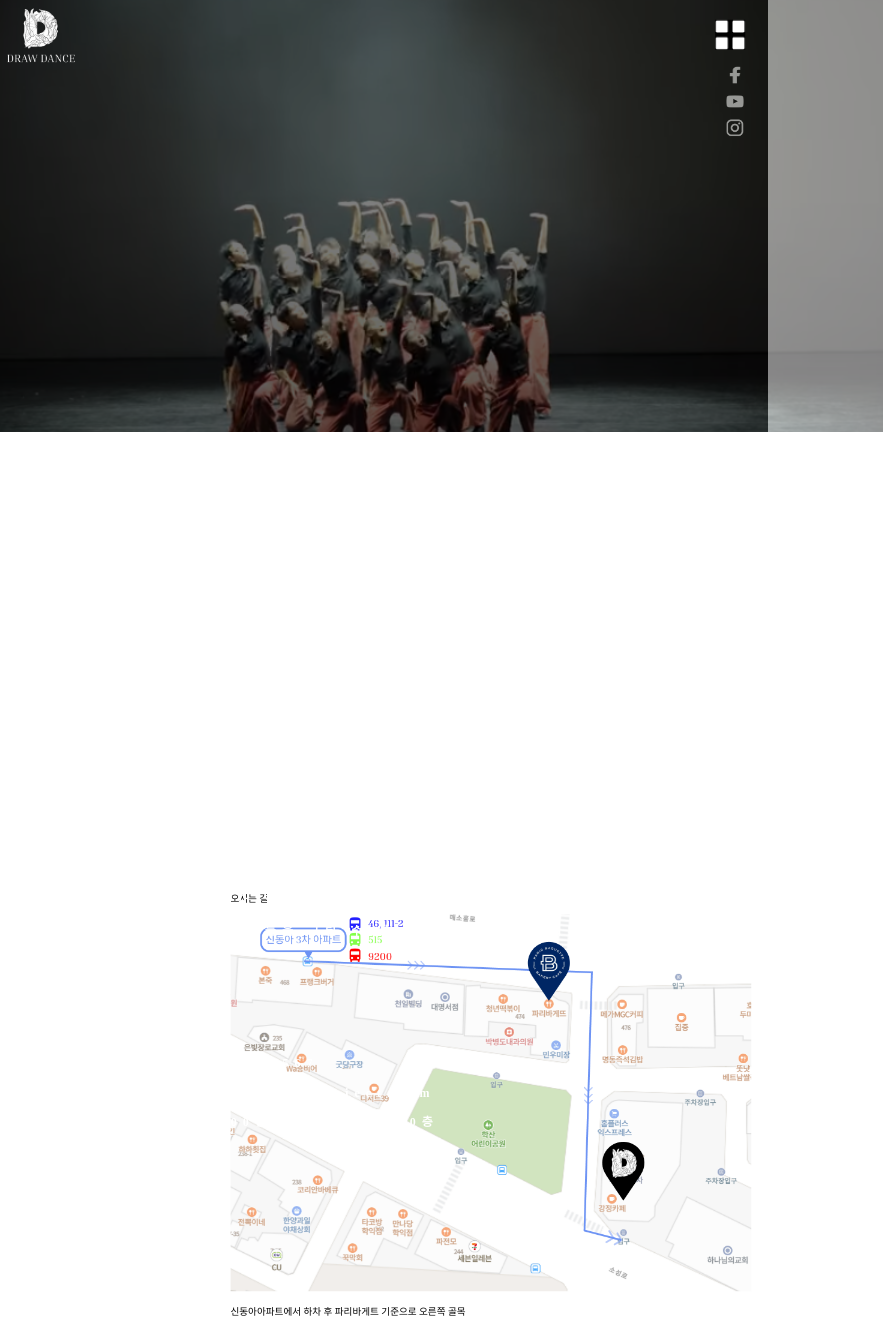
Repository: seonghun9906/semiProject
Page: http://localhost/drawAcademy/WEB-INF/views/headerMenu/about.jsp
An editor plug-in stored every save of this project. The page is shown before and after the next save, followed by the edit.
The browser window is 1280 px wide. The page is 1472 px wide, so the pictures cover 1472 px, including what lies to the right of the window. The pictures show the whole page, at 60% of full size.
The page is served by Tomcat 9. Nobody is signed in. The template is opened directly, without the code that normally fills it, so the values that code supplies are empty.

Above is the page before, as saved 2024-02-28 06:29:48.

After the next save:
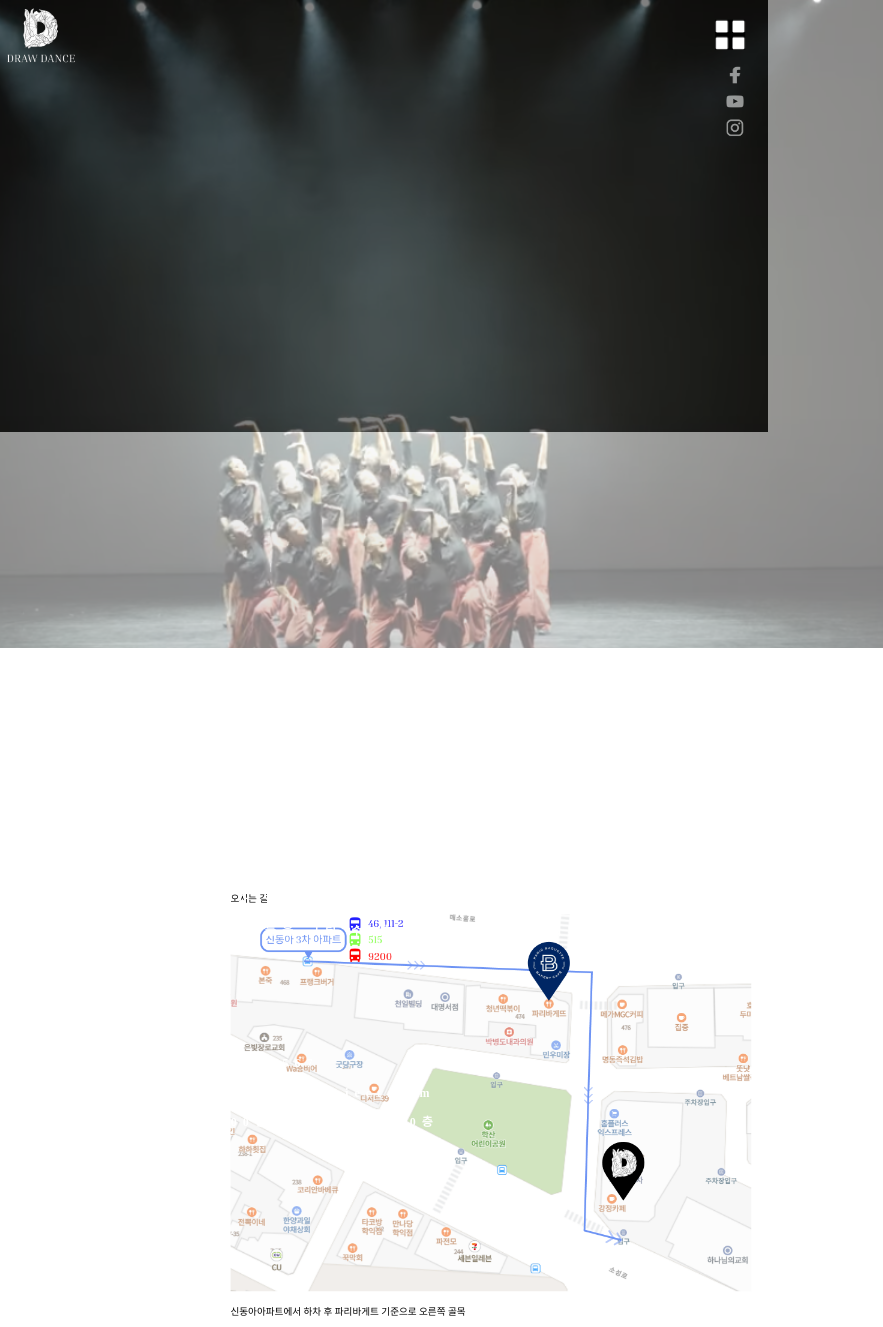
Saved 34 s later.
--- a/drawAcademy/src/main/webapp/resources/css/about.css
+++ b/drawAcademy/src/main/webapp/resources/css/about.css
@@ -9,14 +9,12 @@
 }
 
 .demitasse {
-    position:  relative;
-    top: -50%;
-    left: 0;
+  position: relative; /* fixed 대신 relative 사용 */
     width: 115%;
     height: 150%;
-    z-index: 9999;
     object-fit: cover;
-    opacity: 0.5; /* 0부터 1까지의 값으로 투명도를 지정합니다. 0은 완전 투명, 1은 완전 불투명입니다. */
+    opacity: 0.5;
+    z-index: 9999;/* 0부터 1까지의 값으로 투명도를 지정합니다. 0은 완전 투명, 1은 완전 불투명입니다. */
 }
 
 

After the save that followed:
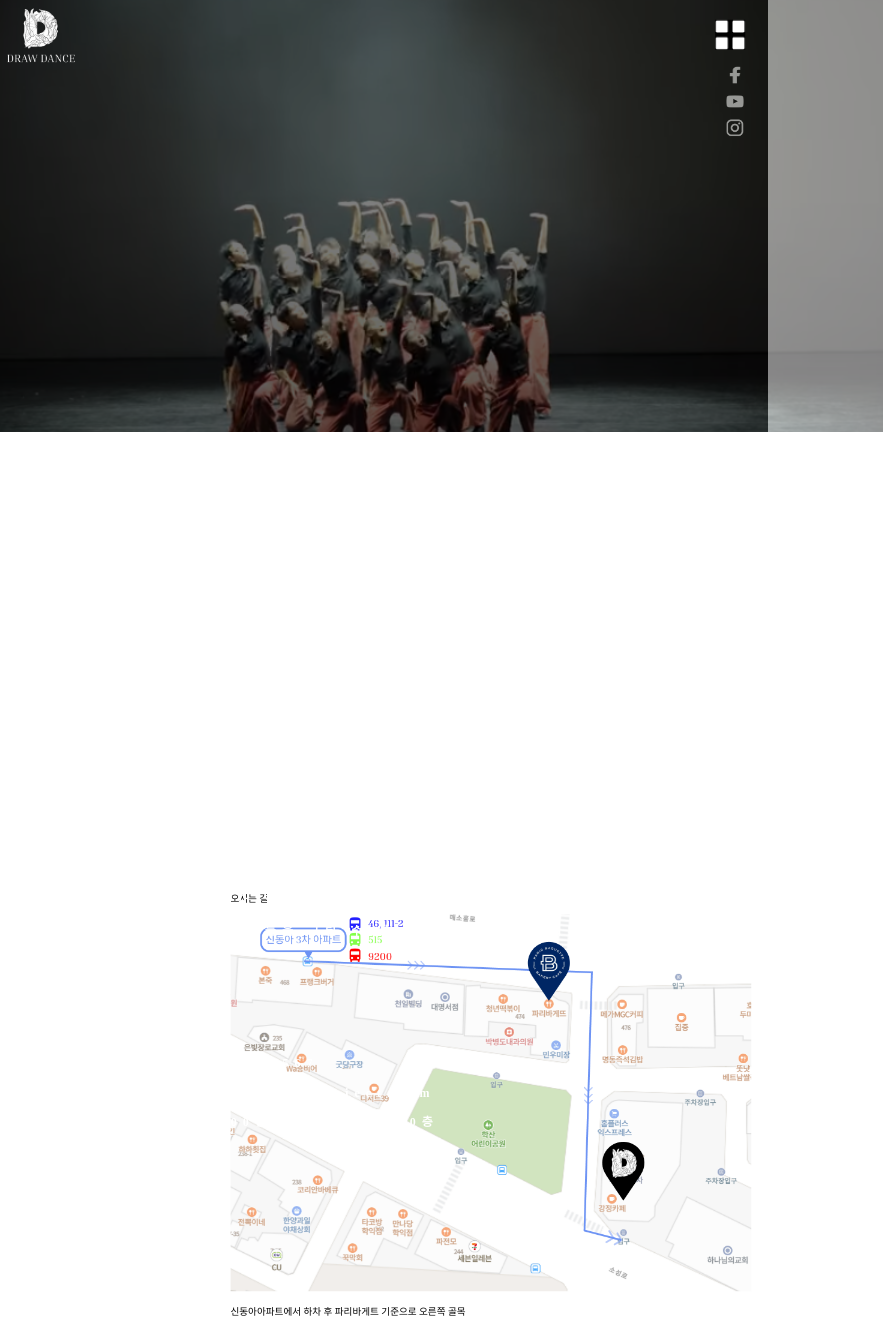
Saved 20 s later.
--- a/drawAcademy/src/main/webapp/resources/css/about.css
+++ b/drawAcademy/src/main/webapp/resources/css/about.css
@@ -9,12 +9,14 @@
 }
 
 .demitasse {
-  position: relative; /* fixed 대신 relative 사용 */
+    position:  relative;
+    top: -50%;
+    left: 0;
     width: 115%;
     height: 150%;
+    z-index: 9999;
     object-fit: cover;
-    opacity: 0.5;
-    z-index: 9999;/* 0부터 1까지의 값으로 투명도를 지정합니다. 0은 완전 투명, 1은 완전 불투명입니다. */
+    opacity: 0.5; /* 0부터 1까지의 값으로 투명도를 지정합니다. 0은 완전 투명, 1은 완전 불투명입니다. */
 }
 
 
